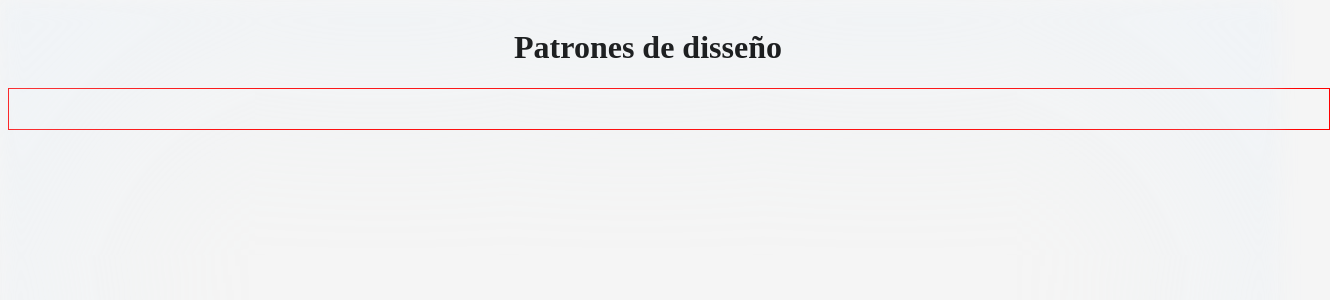
Repository: nrsWebs/design-pattern-es
Page: index.html
An editor plug-in stored every save of this project. The page is shown before and after the next save, followed by the edit.
The browser window is 1280 px wide. The page is 1330 px wide, so the pictures cover 1330 px, including what lies to the right of the window. The pictures show the whole page.

Above is the page before, as saved 2021-02-06 18:02:24.

After the next save:
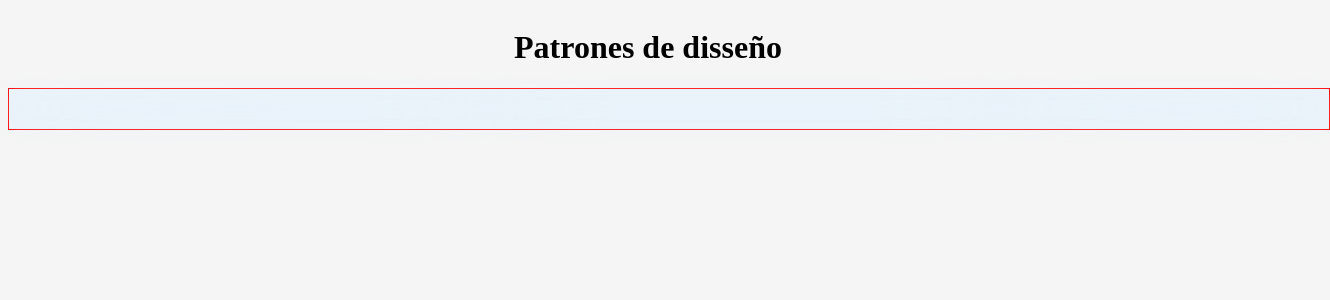
Saved 98 s later.
--- a/source/main.css
+++ b/source/main.css
@@ -26,6 +26,8 @@ h1{
     width: 100%;
     padding: 20px;
     border: 1px solid red;
+    background-color: var(--secondary);
+    backdrop-filter: blur(5px);
 }
 /* GLASS EFFECT */
 .box:before {
